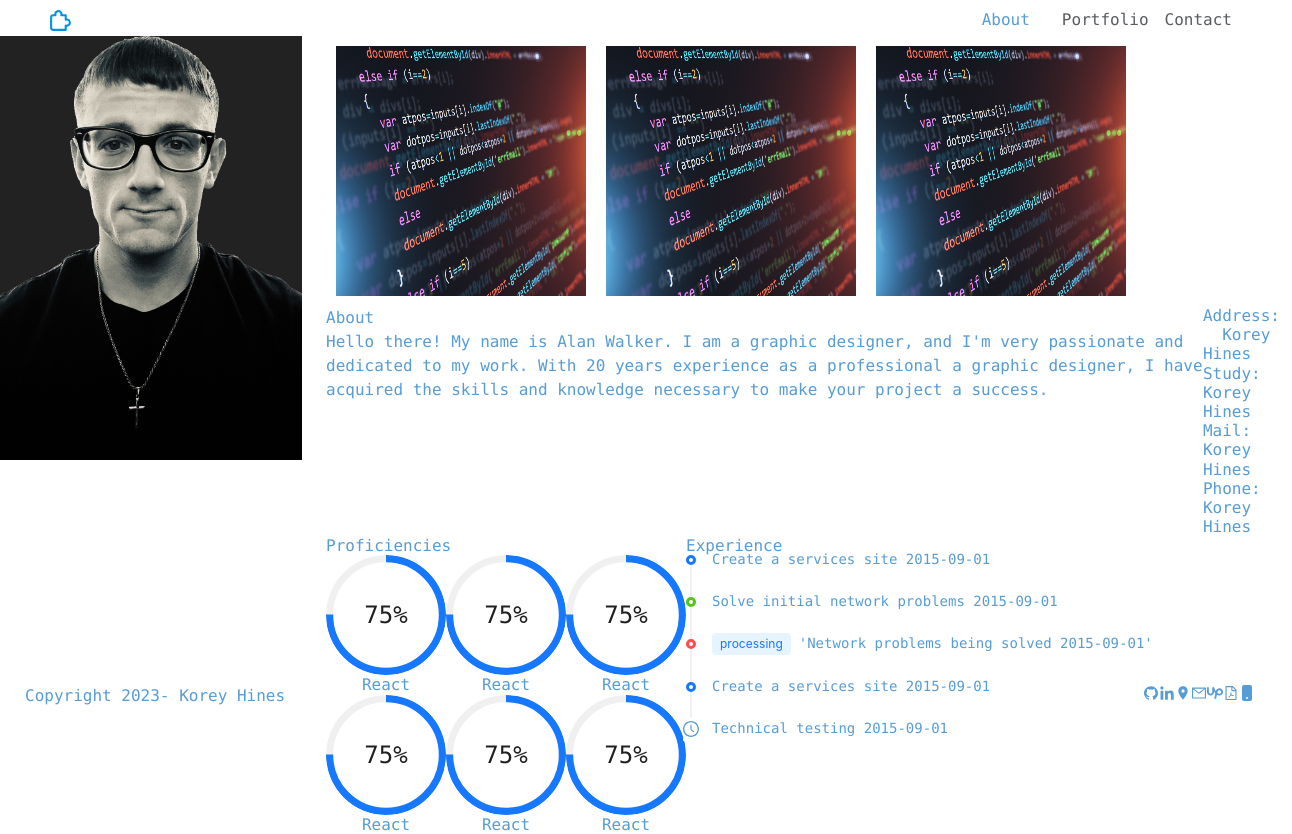
Repository: devkthines/next-portfolio-v2
Page: /about
These files come from the project's save history. The page is drawn as it stood at one moment and after the next save; the edit follows.
The browser window is 1280 px wide. The page is 1292 px wide, so the pictures cover 1292 px, including what lies to the right of the window. The pictures show the whole page.
The project was rebuilt for these pictures with package versions that can differ from the ones it lists, and the page was loaded fresh each time. The framework's server and built-in components were replaced by stand-ins that run in the browser. Also part of the build but not shown: next.config.js.

Above is the page before, as saved 2023-09-25 22:19:49.

After the next save:
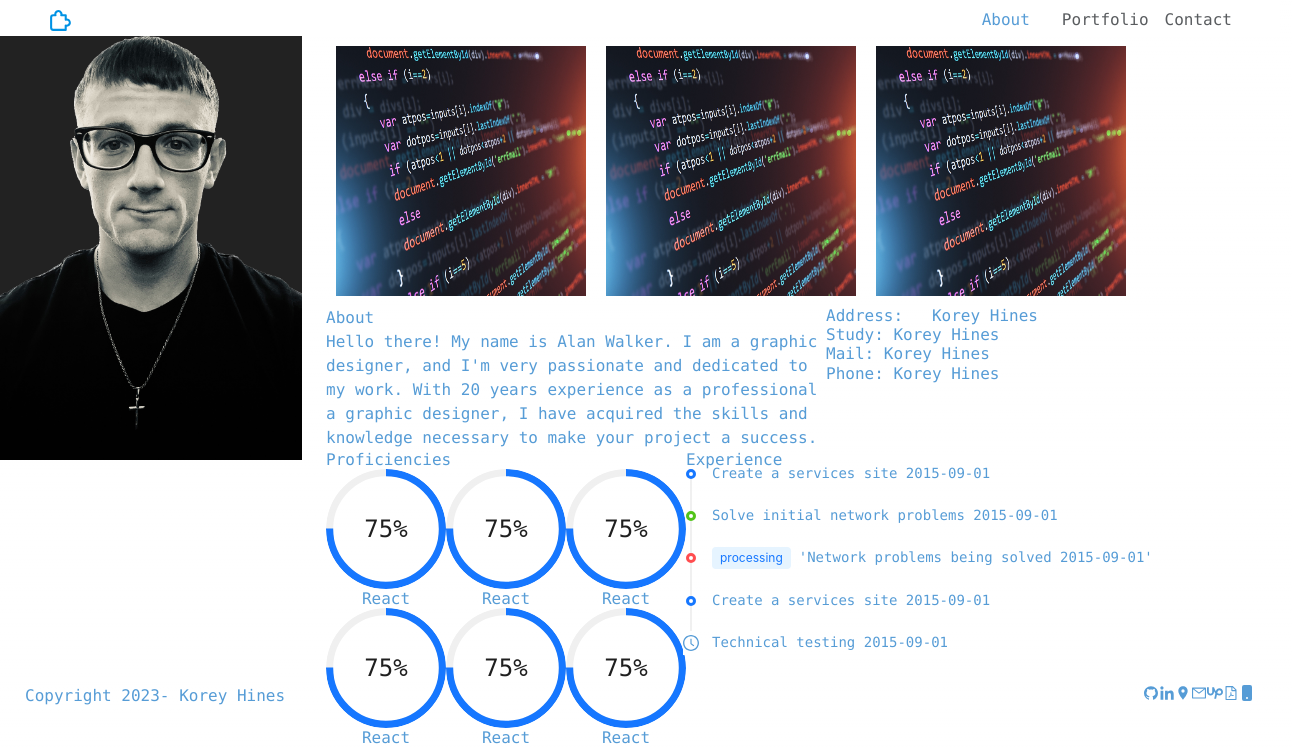
Saved 4 s later.
--- a/css/style.css
+++ b/css/style.css
@@ -233,5 +233,5 @@ left: 100%;
 top: 50%;
 }
 #abouttext{
-width: ;
-}
+width: 500px;
+}
